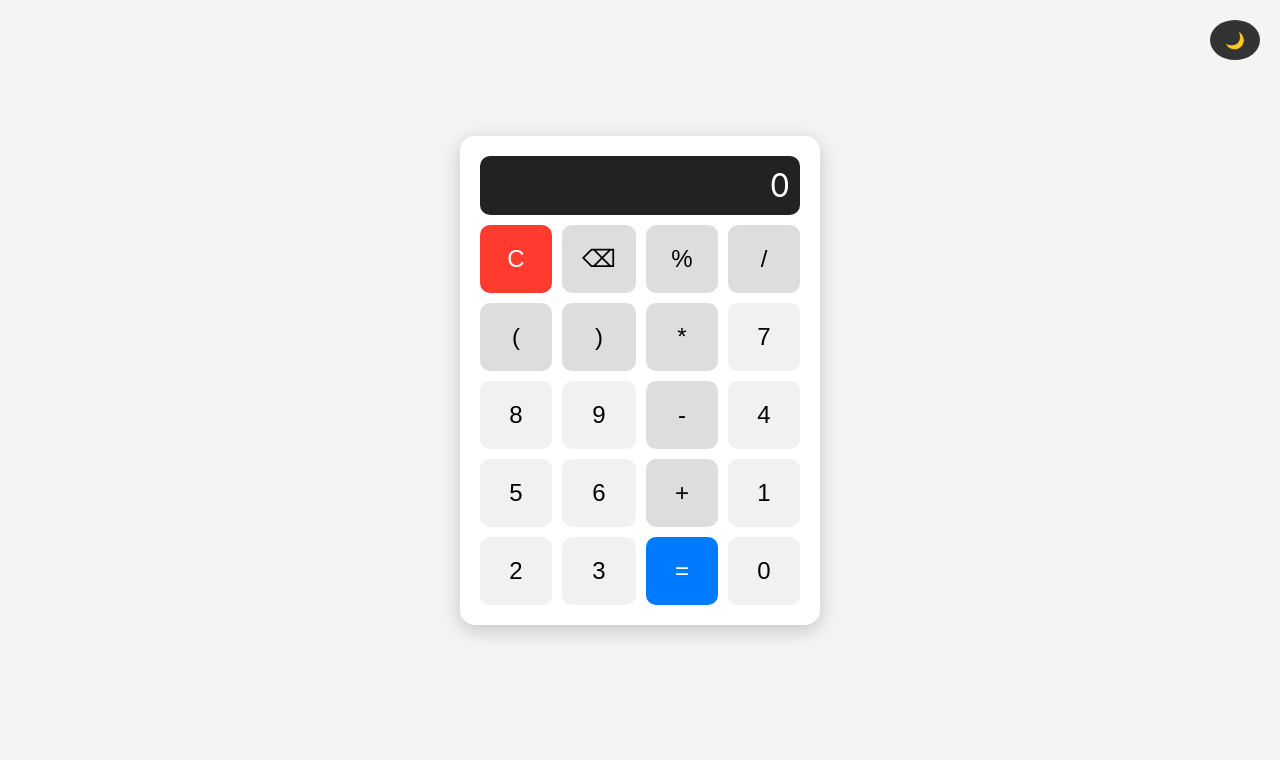
Repository: mahalakshmi-00/Calculator
Page: index.html
These files come from the project's save history. The page is drawn as it stood at one moment and after the next save; the edit follows.
The browser window is 1280 px wide. The pictures show the whole page.
Some web fonts or font styles are not loaded; a fallback is used.

Above is the page before, as saved 2025-05-01 21:37:04.

### index.html
<!DOCTYPE html>
<html lang="en">
<head>
    <meta charset="UTF-8">
    <meta name="viewport" content="width=device-width, initial-scale=1.0">
    <title>Calculator</title>
    <link href="https://fonts.googleapis.com/css2?family=SF+Pro+Display:wght@100;200;300&display=swap" rel="stylesheet">
    <style>
        body {
            font-family: 'SF Pro Display', sans-serif;
            background-color: #f4f4f4;
            padding: 20px;
            display: flex;
            justify-content: center;
            align-items: center;
            height: 100vh;
            margin: 0;
            transition: background-color 0.3s, color 0.3s;
        }
        .calculator {
            background: white;
            padding: 20px;
            border-radius: 15px;
            box-shadow: 0 5px 20px rgba(0,0,0,0.2);
            width: 320px;
            transition: background-color 0.3s, color 0.3s;
        }
        .display {
            font-size: 2rem;
            background: #222;
            color: white;
            padding: 10px;
            border-radius: 10px;
            text-align: right;
            margin-bottom: 10px;
        }
        .button-row {
            display: grid;
            grid-template-columns: repeat(4, 1fr);
            gap: 10px;
        }
        .button {
            background: #f1f1f1;
            border: none;
            padding: 20px;
            font-size: 1.5rem;
            border-radius: 10px;
            cursor: pointer;
            transition: background 0.3s;
        }
        .button:hover {
            background: #ccc;
        }
        .button:active {
            background: #bbb;
        }
        .button-clear {
            background-color: #ff3b30;
            color: white;
        }
        .button-equal {
            background-color: #007aff;
            color: white;
        }
        .button-function {
            background-color: #ddd;
        }
        .dark-mode {
            position: absolute;
            top: 20px;
            right: 20px;
            background-color: #333;
            color: white;
            padding: 10px 15px;
            border-radius: 50%;
            cursor: pointer;
            transition: background-color 0.3s;
        }
        .dark-mode:hover {
            background-color: #555;
        }

        /* Dark Mode Styles */
        body.dark-mode {
            background-color: #222;
            color: white;
        }
        .calculator.dark-mode {
            background: #333;
        }
        .display.dark-mode {
            background: #444;
            color: #fff;
        }
        .button.dark-mode {
            background: #555;
            color: white;
        }
        .button.dark-mode:hover {
            background: #777;
        }
        .button-clear.dark-mode {
            background-color: #d32f2f;
        }
        .button-equal.dark-mode {
            background-color: #1976d2;
        }
    </style>
</head>
<body>
    <div class="calculator">
        <div class="dark-mode" onclick="toggleDarkMode()">🌙</div>
        <div class="display" id="display">0</div>
        <div class="button-row">
            <button class="button button-clear" onclick="clearDisplay()">C</button>
            <button class="button button-function" onclick="backspace()">⌫</button>
            <button class="button button-function" onclick="appendCharacter('%')">%</button>
            <button class="button button-function" onclick="appendCharacter('/')">/</button>
            <button class="button button-function" onclick="appendCharacter('(')">(</button>
            <button class="button button-function" onclick="appendCharacter(')')">)</button>
            <button class="button button-function" onclick="appendCharacter('*')">*</button>
            <button class="button" onclick="appendCharacter('7')">7</button>
            <button class="button" onclick="appendCharacter('8')">8</button>
            <button class="button" onclick="appendCharacter('9')">9</button>
            <button class="button button-function" onclick="appendCharacter('-')">-</button>
            <button class="button" onclick="appendCharacter('4')">4</button>
            <button class="button" onclick="appendCharacter('5')">5</button>
            <button class="button" onclick="appendCharacter('6')">6</button>
            <button class="button button-function" onclick="appendCharacter('+')">+</button>
            <button class="button" onclick="appendCharacter('1')">1</button>
            <button class="button" onclick="appendCharacter('2')">2</button>
            <button class="button" onclick="appendCharacter('3')">3</button>
            <button class="button button-equal" onclick="calculateResult()">=</button>
            <button class="button" onclick="appendCharacter('0')">0</button>
        </div>
    </div>

    <script>
        function clearDisplay() {
            document.getElementById("display").innerText = "0";
        }

        function backspace() {
            let currentDisplay = document.getElementById("display").innerText;
            if (currentDisplay.length === 1) {
                document.getElementById("display").innerText = "0";
            } else {
                document.getElementById("display").innerText = currentDisplay.slice(0, -1);
            }
        }

        function appendCharacter(character) {
            let currentDisplay = document.getElementById("display").innerText;
            if (currentDisplay === "0" && character !== "0") {
                document.getElementById("display").innerText = character;
            } else {
                document.getElementById("display").innerText = currentDisplay + character;
            }
        }

        function calculateResult() {
            let currentDisplay = document.getElementById("display").innerText;

            // Handle the % operator by converting it to a percentage of the current value
            currentDisplay = currentDisplay.replace(/%/g, '/100');

            try {
                // Using the `eval` function to evaluate the expression
                let result = eval(currentDisplay);
                document.getElementById("display").innerText = result;
            } catch (e) {
                document.getElementById("display").innerText = "Error";
            }
        }

        function toggleDarkMode() {
            document.body.classList.toggle("dark-mode");
            document.querySelector(".calculator").classList.toggle("dark-mode");
            document.querySelector(".display").classList.toggle("dark-mode");
            let buttons = document.querySelectorAll(".button");
            buttons.forEach(button => {
                button.classList.toggle("dark-mode");
            });
        }
    </script>
</body>
</html>

After the next save:
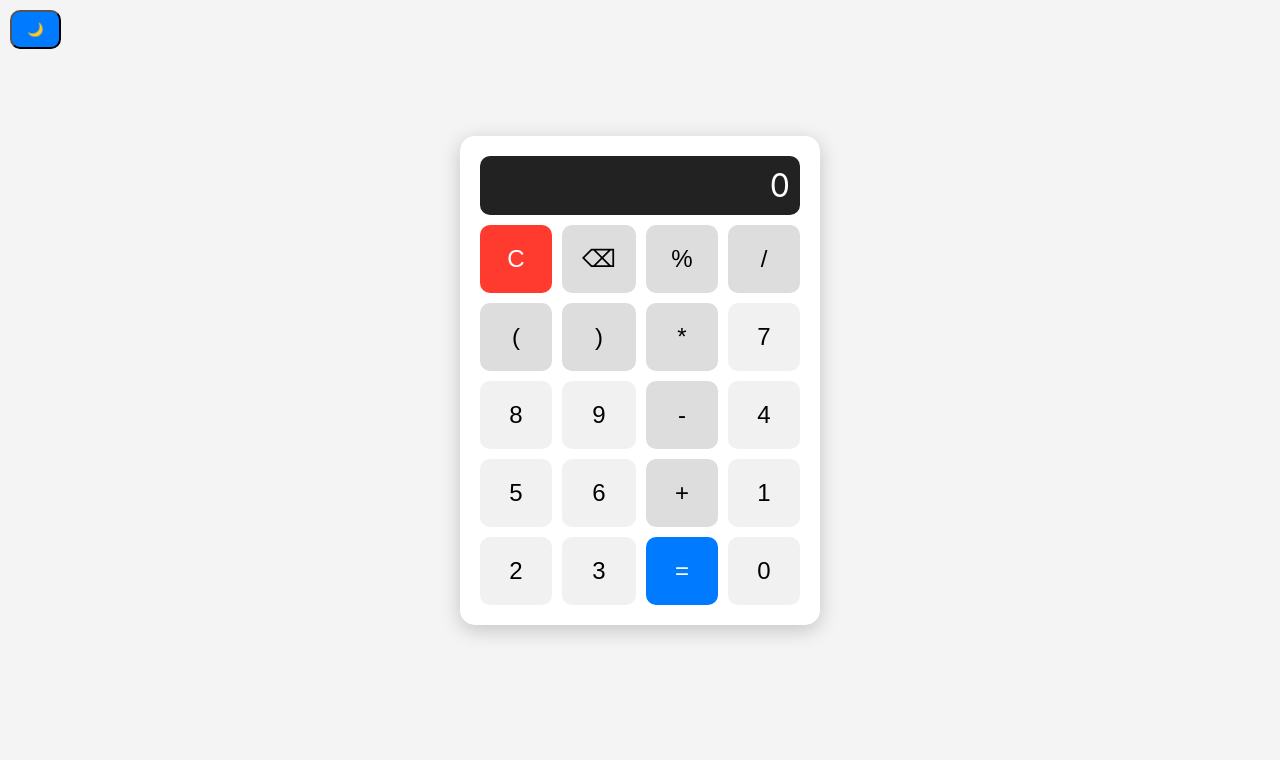
Saved 68 s later.
--- a/index.html
+++ b/index.html
@@ -65,19 +65,19 @@
         .button-function {
             background-color: #ddd;
         }
-        .dark-mode {
+        .dark-mode-toggle {
             position: absolute;
-            top: 20px;
-            right: 20px;
-            background-color: #333;
+            top: 10px;
+            left: 10px;
+            background-color: #007aff;
             color: white;
             padding: 10px 15px;
-            border-radius: 50%;
+            border-radius: 10px;
             cursor: pointer;
             transition: background-color 0.3s;
         }
-        .dark-mode:hover {
-            background-color: #555;
+        .dark-mode-toggle:hover {
+            background-color: #005bb5;
         }
 
         /* Dark Mode Styles */
@@ -109,7 +109,7 @@
 </head>
 <body>
     <div class="calculator">
-        <div class="dark-mode" onclick="toggleDarkMode()">🌙</div>
+        <button class="dark-mode-toggle" onclick="toggleDarkMode()">🌙</button>
         <div class="display" id="display">0</div>
         <div class="button-row">
             <button class="button button-clear" onclick="clearDisplay()">C</button>
